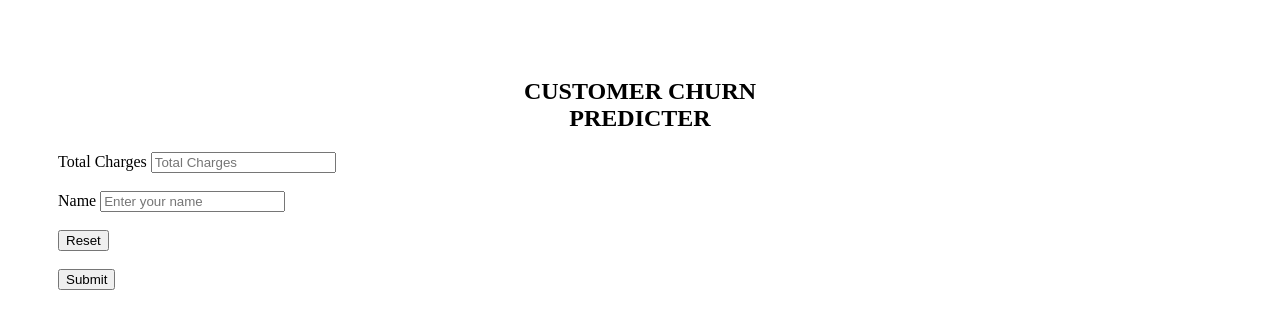
Repository: Cedrqmwesigwa/customer-churn-Bank
Page: index.html
These files come from the project's save history. The page is drawn as it stood at one moment and after the next save; the edit follows.
The browser window is 1280 px wide. The pictures show the whole page.

Above is the page before, as saved 2024-05-21 03:32:58.

After the next save:
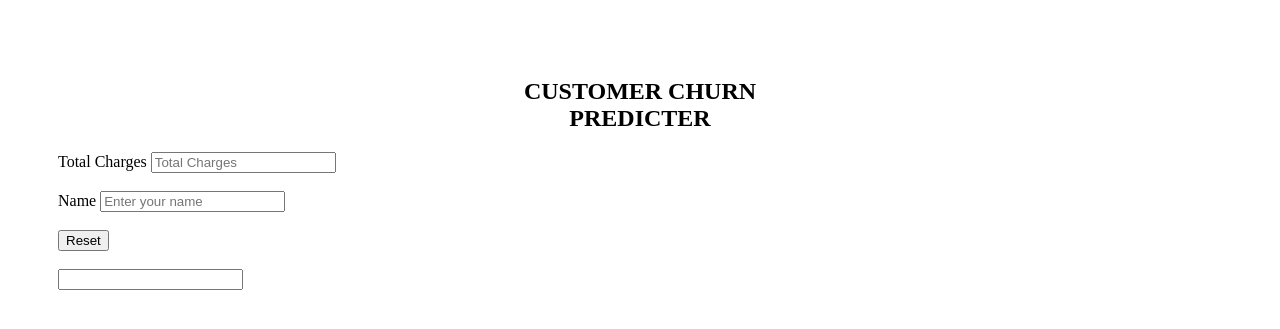
Saved 4 s later.
--- a/index.html
+++ b/index.html
@@ -51,7 +51,7 @@
                     <br>
 
                     <div>
-                        <input type="submit">
+                        <input type="st">
                     </div>
 
 

After the save that followed:
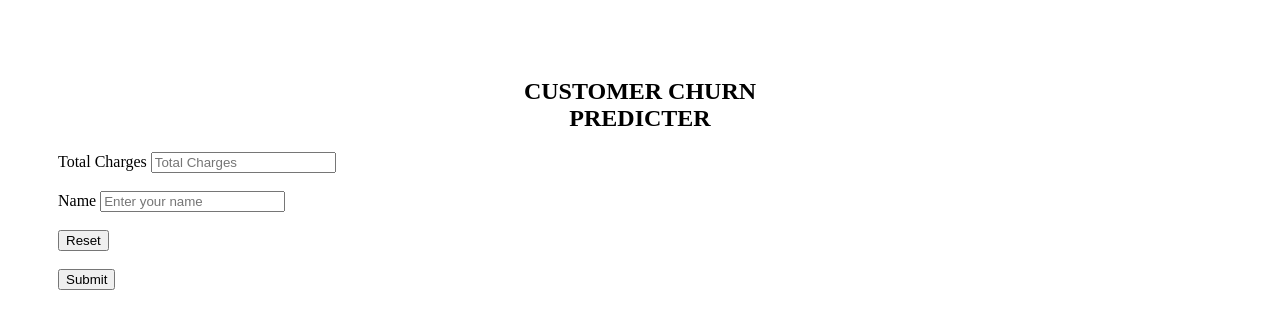
Saved 22 s later.
--- a/index.html
+++ b/index.html
@@ -51,7 +51,7 @@
                     <br>
 
                     <div>
-                        <input type="st">
+                        <input type="submit">
                     </div>
 
 
